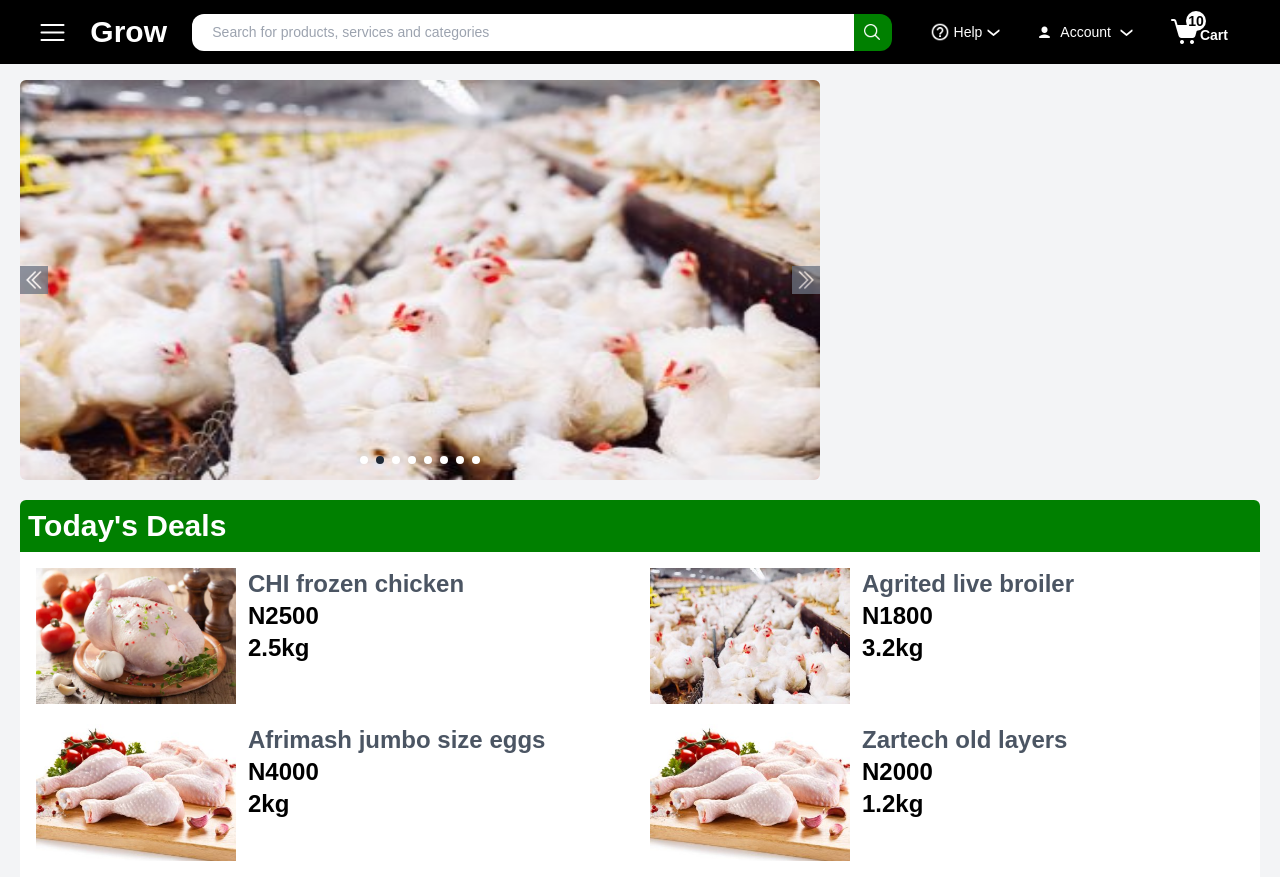
Repository: IssaMuiz/ifarmstock
Page: /
These files come from the project's save history. The page is drawn as it stood at one moment and after the next save; the edit follows.
The browser window is 1280 px wide. The pictures show the whole page.
The project was rebuilt for these pictures with package versions that can differ from the ones it lists, and the page was loaded fresh each time. The framework's server and built-in components were replaced by stand-ins that run in the browser. Also part of the build but not shown: next.config.mjs.

Above is the page before, as saved 2024-08-30 02:18:05.

After the next save:
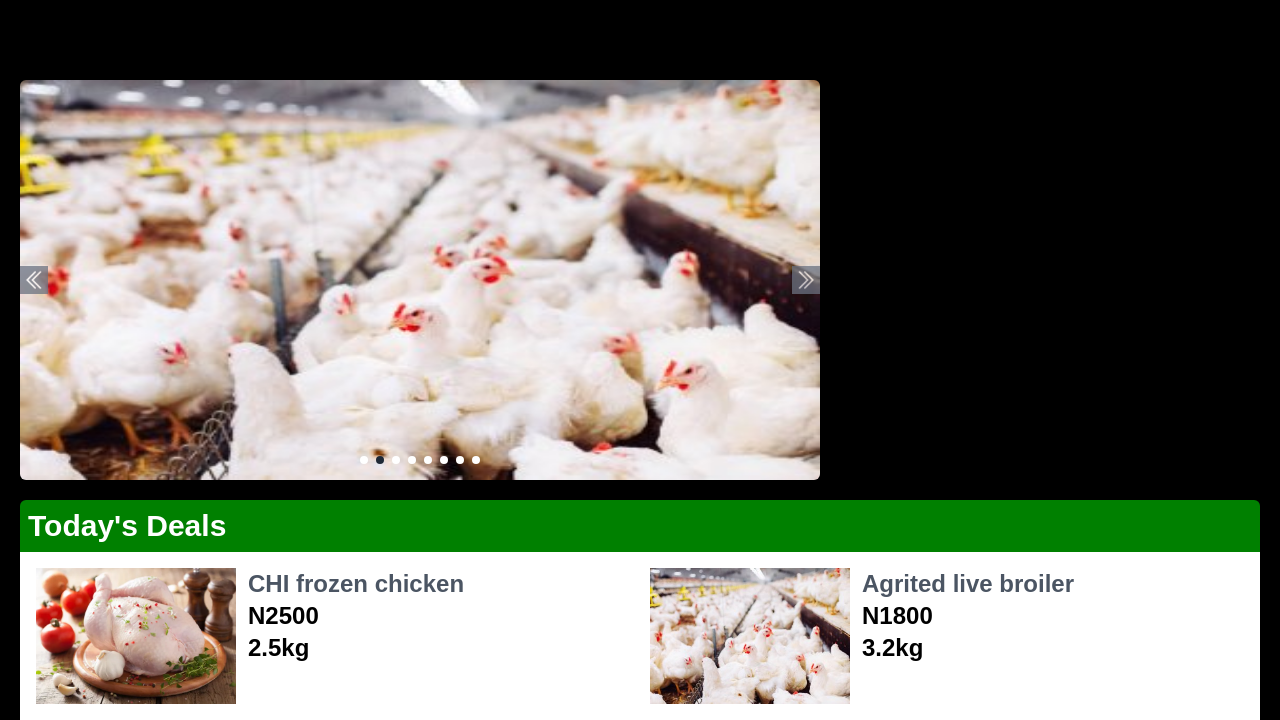
Saved 50 s later.
--- a/components/clientLayout.tsx
+++ b/components/clientLayout.tsx
@@ -19,7 +19,7 @@
       <Navbar />
       <Sidenav />
       <section
-        className={`transition-opacity duration-300 ease-in-out ${
+        className={`transition-opacity duration-300 ease-in-out fixed inset-0 bg-black z-10 ${
           isOpen
             ? "opacity-50 pointer-events-auto"
             : "opacity-100 pointer-events-none"

After the save that followed:
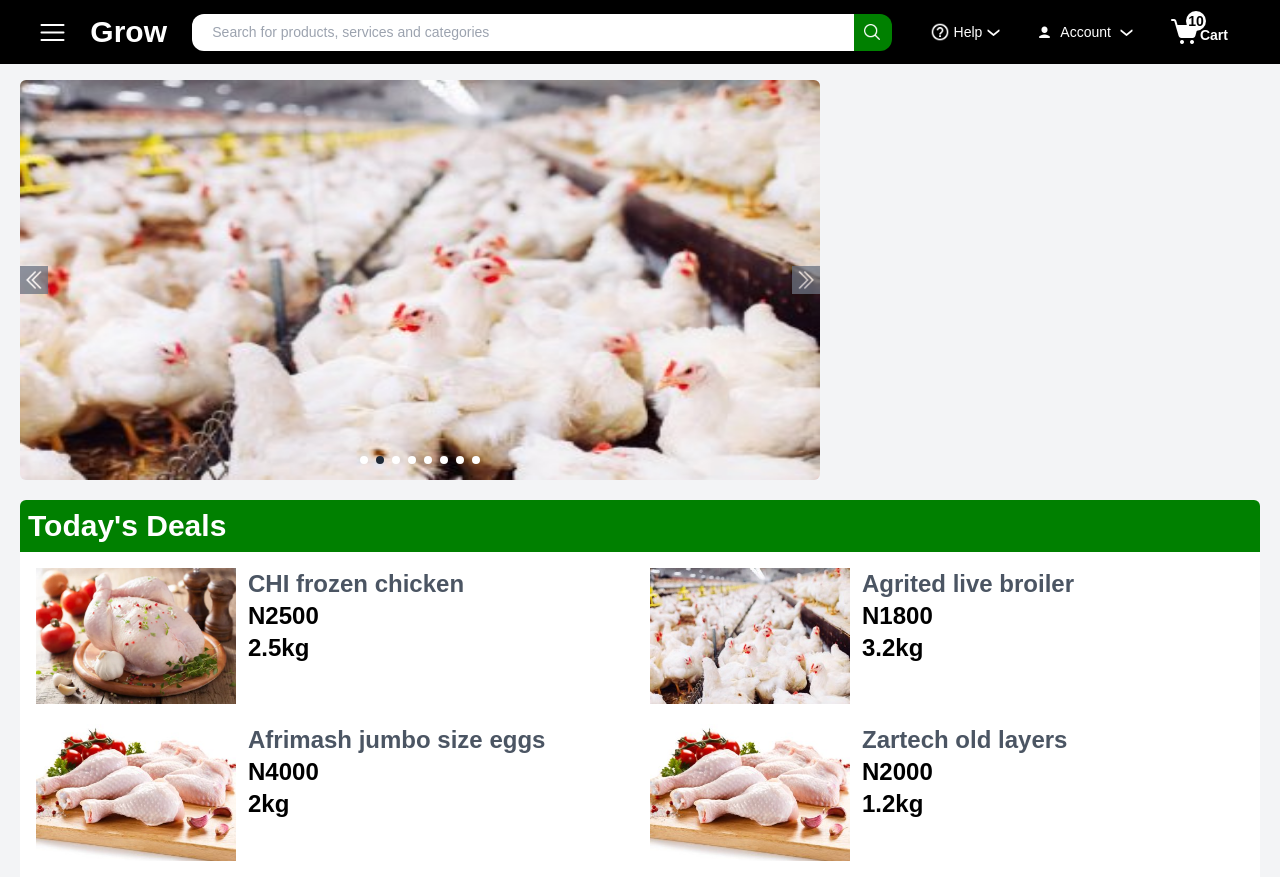
Saved 42 s later.
--- a/components/clientLayout.tsx
+++ b/components/clientLayout.tsx
@@ -19,7 +19,7 @@
       <Navbar />
       <Sidenav />
       <section
-        className={`transition-opacity duration-300 ease-in-out fixed inset-0 bg-black z-10 ${
+        className={`transition-opacity duration-300 ease-in-out ${
           isOpen
             ? "opacity-50 pointer-events-auto"
             : "opacity-100 pointer-events-none"
